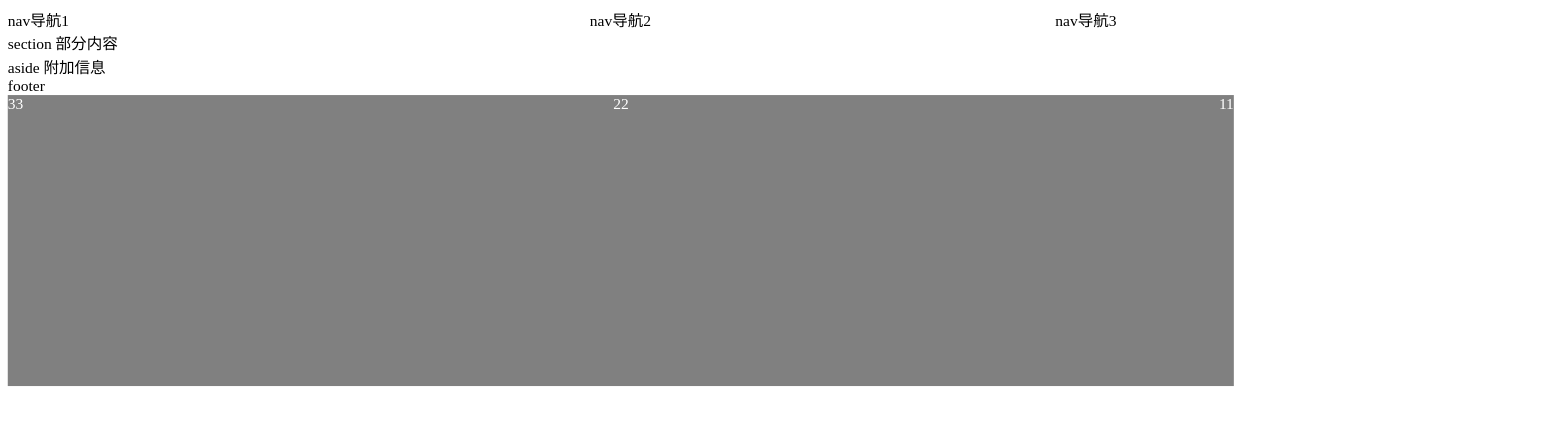
Repository: huangjianeng/front-end-study
Page: vue原理/html/flex.html
These files come from the project's save history. The page is drawn as it stood at one moment and after the next save; the edit follows.
The browser window is 1280 px wide. The page is 1568 px wide, then 1608 px, so the pictures cover 1608 px, including what lies to the right of the window. The pictures show the whole page, at 97% of full size.

Above is the page before, as saved 2020-07-31 11:48:20.

### vue原理/html/flex.html
<header>
    <nav>nav导航1</nav>
    <nav>nav导航2</nav>
    <nav>nav导航3</nav>
</header>
<section>section  部分内容</section>
<aside>aside 附加信息</aside>
<footer>footer</footer>
<div class="flex-wrap">
    <div>11</div>
    <div>22</div>
    <div>33</div>
</div>

<style>
    header{
        display: flex;
    }
    nav{
        flex-grow: 0;    /* 默认为0  不放大    */
        flex-shrink: 0;   /* 默认为1  空间不足等比缩小 */
        width: 480px;
    }
    nav:nth-child(1){
        flex-basis: 600px;
    }
    .flex-wrap{
        width: 100%;
        height: 300px;
        background-color: grey;
        display: flex;
        justify-content: space-between;
        flex-direction: row-reverse;
    }
    .flex-wrap>div{
        color: white;
    }
</style>

After the next save:
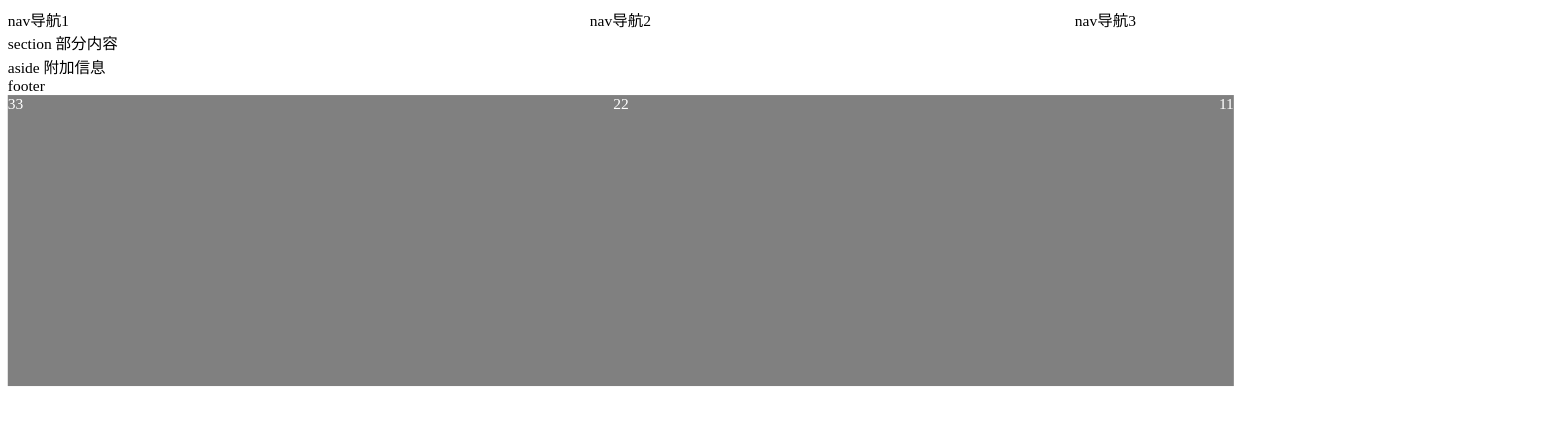
Saved 23 s later.
--- a/vue原理/html/flex.html
+++ b/vue原理/html/flex.html
@@ -19,7 +19,7 @@
     nav{
         flex-grow: 0;    /* 默认为0  不放大    */
         flex-shrink: 0;   /* 默认为1  空间不足等比缩小 */
-        width: 480px;
+        width: 500px;
     }
     nav:nth-child(1){
         flex-basis: 600px;
